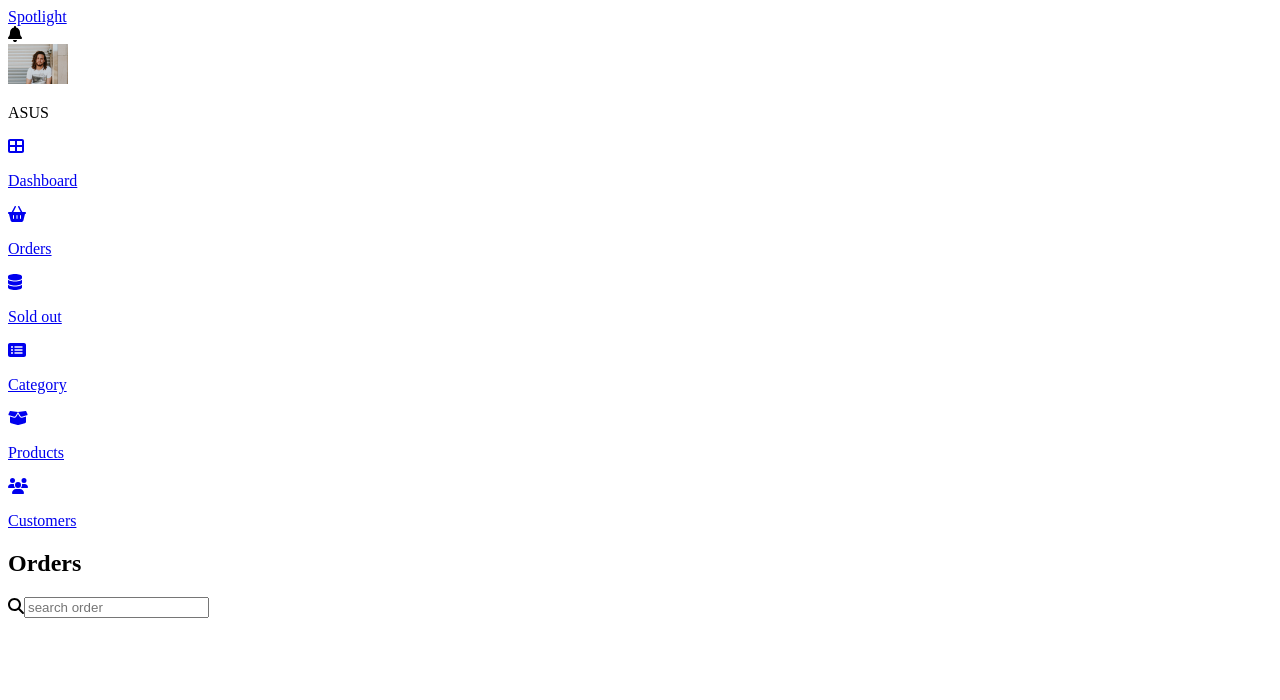
Repository: pin-seavmuy/Spotlight-POS
Page: /category
An editor plug-in stored every save of this project. The page is shown before and after the next save, followed by the edit.
The browser window is 1280 px wide. The pictures show the whole page.
Some web fonts or font styles are not loaded; a fallback is used. The project was rebuilt for these pictures with package versions that can differ from the ones it lists, and the page was loaded fresh each time. Also part of the build but not shown: vue.config.js, src/components/Orders.vue, src/components/Products.vue, src/components/Customers.vue.

Above is the page before, as saved 2024-06-26 17:22:27.

After the next save:
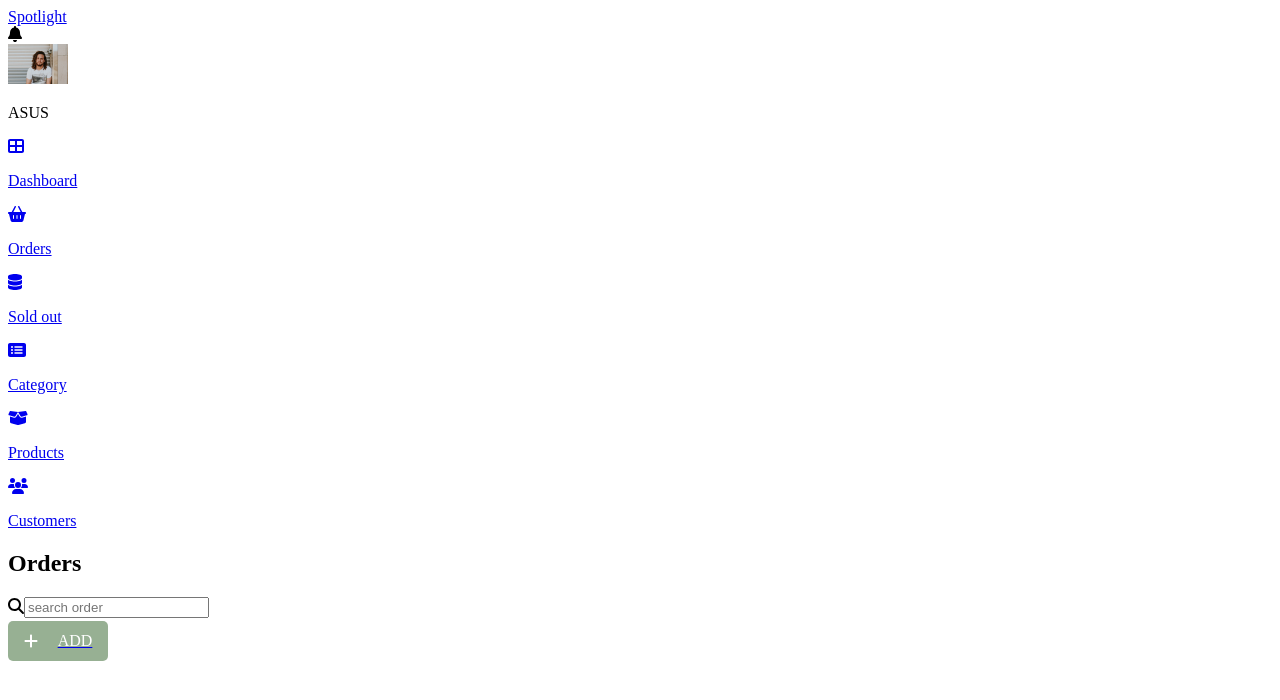
Saved 14 s later.
--- a/src/components/Category.vue
+++ b/src/components/Category.vue
@@ -53,7 +53,12 @@
             <font-awesome-icon :icon="icons.search" class="icons" />
             <input type="text" placeholder="search order">
           </div>
-
+          <router-link>
+            <div class="add">
+              <font-awesome-icon :icon="icons.plus" class="icons" />
+              <p>ADD</p>
+            </div>
+          </router-link>
         </div>
 
       </div>
